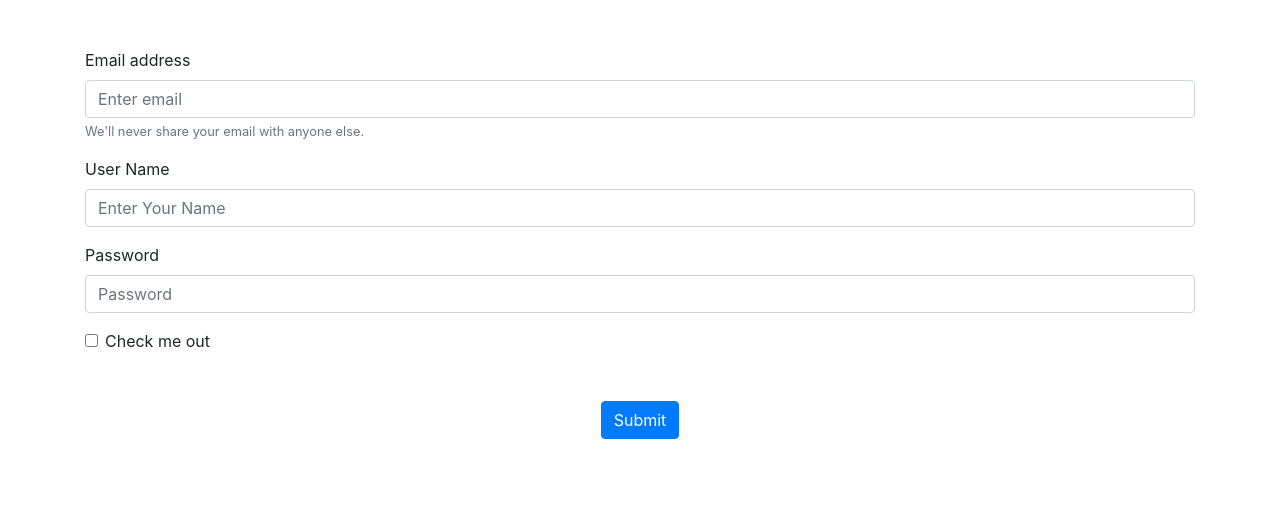
Repository: wanderwisecoder/spring_framework_learnings
Page: http://localhost/SpringMVC/contact
An editor plug-in stored every save of this project. The page is shown before and after the next save, followed by the edit.
The browser window is 1280 px wide. The pictures show the whole page.
Some web libraries are served in a nearby version. The page is served by Tomcat 9. Other server files are loaded and not shown.

Above is the page before, as saved 2023-12-19 08:53:05.

### SpringMVC/src/main/webapp/WEB-INF/spring-servlet.xml
<?xml version="1.0" encoding="UTF-8"?>
<beans xmlns="http://www.springframework.org/schema/beans"
	xmlns:xsi="http://www.w3.org/2001/XMLSchema-instance"
	xmlns:context="http://www.springframework.org/schema/context"
	xmlns:p="http://www.springframework.org/schema/p"
	xsi:schemaLocation="http://www.springframework.org/schema/beans
  https://www.springframework.org/schema/beans/spring-beans.xsd
  http://www.springframework.org/schema/context
  http://www.springframework.org/schema/context/spring-context.xsd">

<context:component-scan base-package="springmvc.controller"/>

	<bean
		class="org.springframework.web.servlet.view.InternalResourceViewResolver"
		name="viewResolver">

		<property name="prefix" value="/WEB-INF/views/"></property>

		<property name="suffix" value=".jsp"></property>
	</bean>


	<!-- more bean definitions go here -->
</beans>

### SpringMVC/src/main/webapp/WEB-INF/views/contact.jsp
<!doctype html>
<html lang="en">
<head>
<!-- Required meta tags -->
<meta charset="utf-8">
<meta name="viewport"
	content="width=device-width, initial-scale=1, shrink-to-fit=no">

<!-- Bootstrap CSS -->
<link rel="stylesheet"
	href="https://cdn.jsdelivr.net/npm/bootstrap@4.0.0/dist/css/bootstrap.min.css"
	integrity="sha384-Gn5384xqQ1aoWXA+058RXPxPg6fy4IWvTNh0E263XmFcJlSAwiGgFAW/dAiS6JXm"
	crossorigin="anonymous">

<title>Hello, world!</title>
</head>
<body>
<h3></h3>
	<div class="container  mt-5">
		<form>
			<div class="form-group">
				<label for="exampleInputEmail1">Email address</label> <input
					type="email" class="form-control" id="exampleInputEmail1"
					aria-describedby="emailHelp" placeholder="Enter email"> <small
					id="emailHelp" class="form-text text-muted">We'll never
					share your email with anyone else.</small>
			</div>
			<div class="form-group">
				<label for="userName">User Name</label> <input type="text"
					class="form-control" id="userName" aria-describedby="emailHelp"
					placeholder="Enter Your Name">
			</div>
			<div class="form-group">
				<label for="exampleInputPassword1">Password</label> <input
					type="password" class="form-control" id="exampleInputPassword1"
					placeholder="Password">
			</div>
			<div class="form-check">
				<input type="checkbox" class="form-check-input" id="exampleCheck1">
				<label class="form-check-label" for="exampleCheck1">Check me
					out</label>
			</div>
			<div class="container mt-5 text-center">
				<button type="submit" class="btn btn-primary">Submit</button>
			</div>
		</form>
	</div>

	<!-- Optional JavaScript -->
	<!-- jQuery first, then Popper.js, then Bootstrap JS -->
	<script src="https://code.jquery.com/jquery-3.2.1.slim.min.js"
		integrity="sha384-KJ3o2DKtIkvYIK3UENzmM7KCkRr/rE9/Qpg6aAZGJwFDMVNA/GpGFF93hXpG5KkN"
		crossorigin="anonymous"></script>
	<script
		src="https://cdn.jsdelivr.net/npm/popper.js@1.12.9/dist/umd/popper.min.js"
		integrity="sha384-ApNbgh9B+Y1QKtv3Rn7W3mgPxhU9K/ScQsAP7hUibX39j7fakFPskvXusvfa0b4Q"
		crossorigin="anonymous"></script>
	<script
		src="https://cdn.jsdelivr.net/npm/bootstrap@4.0.0/dist/js/bootstrap.min.js"
		integrity="sha384-JZR6Spejh4U02d8jOt6vLEHfe/JQGiRRSQQxSfFWpi1MquVdAyjUar5+76PVCmYl"
		crossorigin="anonymous"></script>
</body>
</html>

### SpringMVC/src/main/java/springmvc/controller/ContactController.java
package springmvc.controller;

import org.springframework.stereotype.Controller;
import org.springframework.web.bind.annotation.RequestMapping;

@Controller
public class ContactController {
	@RequestMapping("/contact")
	public String showForm() {

		return "contact";

	}
}

### SpringMVC/src/main/java/springmvc/controller/HomeController.java
package springmvc.controller;

import java.time.LocalDateTime;
import java.util.ArrayList;
import java.util.List;

import org.springframework.stereotype.Controller;
import org.springframework.ui.Model;
import org.springframework.web.bind.annotation.RequestMapping;
import org.springframework.web.servlet.ModelAndView;

@Controller
public class HomeController {

	@RequestMapping("/home")
	public String home(Model model) {
		model.addAttribute("age", 54);
		System.out.println("This is home controller/url.!");
		model.addAttribute("name", "Roshan");

		model.addAttribute("id", 1234);
		return "index";
	}

	@RequestMapping("/about")
	public String about() {
		System.out.println("This is about controller/url.!");
		return "about";
	}


	//services
	//help
	@RequestMapping("/help")
	public ModelAndView help() {
		System.out.println("This is help controller/url.!");

		//creating ModelAndView object
		ModelAndView modelAndView =  new ModelAndView();

		//setting the data
		modelAndView.addObject("name","Uttam");
		modelAndView.addObject("rollNumber",11222);

		LocalDateTime now = LocalDateTime.now();
		modelAndView.addObject("time", now);

		//List Object
		List<Integer> list = new ArrayList<Integer>();
		list.add(34);
		list.add(87);
		list.add(92);
		list.add(67);
		list.add(45);

		modelAndView.addObject("marks",list);

		//setting the view name
		modelAndView.setViewName("help");


		return modelAndView;
	}

}

After the next save:
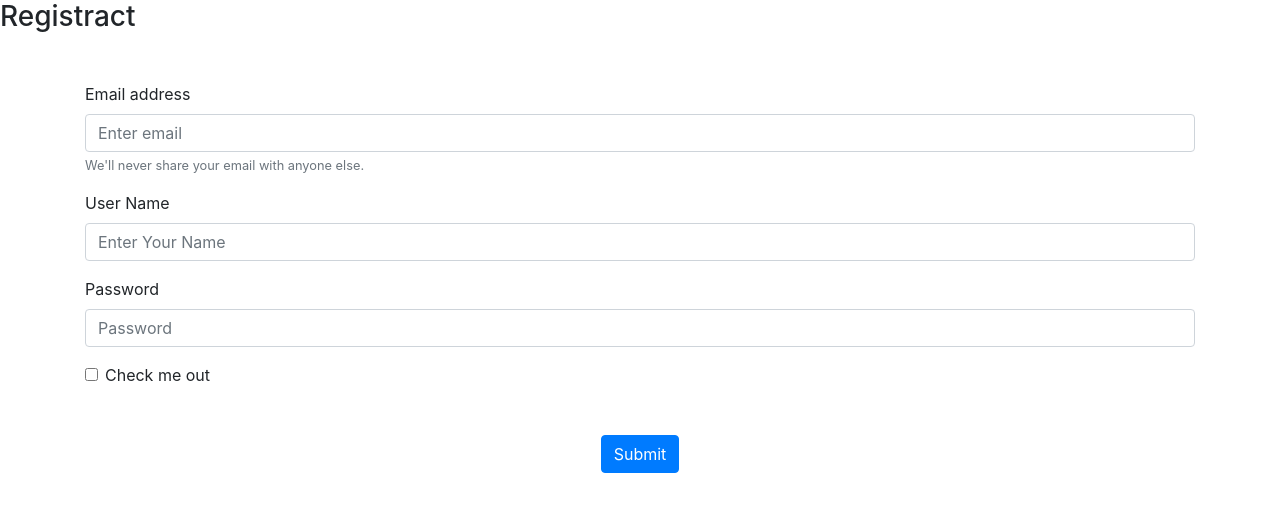
Saved 5 s later.
--- a/SpringMVC/src/main/webapp/WEB-INF/views/contact.jsp
+++ b/SpringMVC/src/main/webapp/WEB-INF/views/contact.jsp
@@ -15,7 +15,7 @@
 <title>Hello, world!</title>
 </head>
 <body>
-<h3></h3>
+<h3>Registract</h3>
 	<div class="container  mt-5">
 		<form>
 			<div class="form-group">
